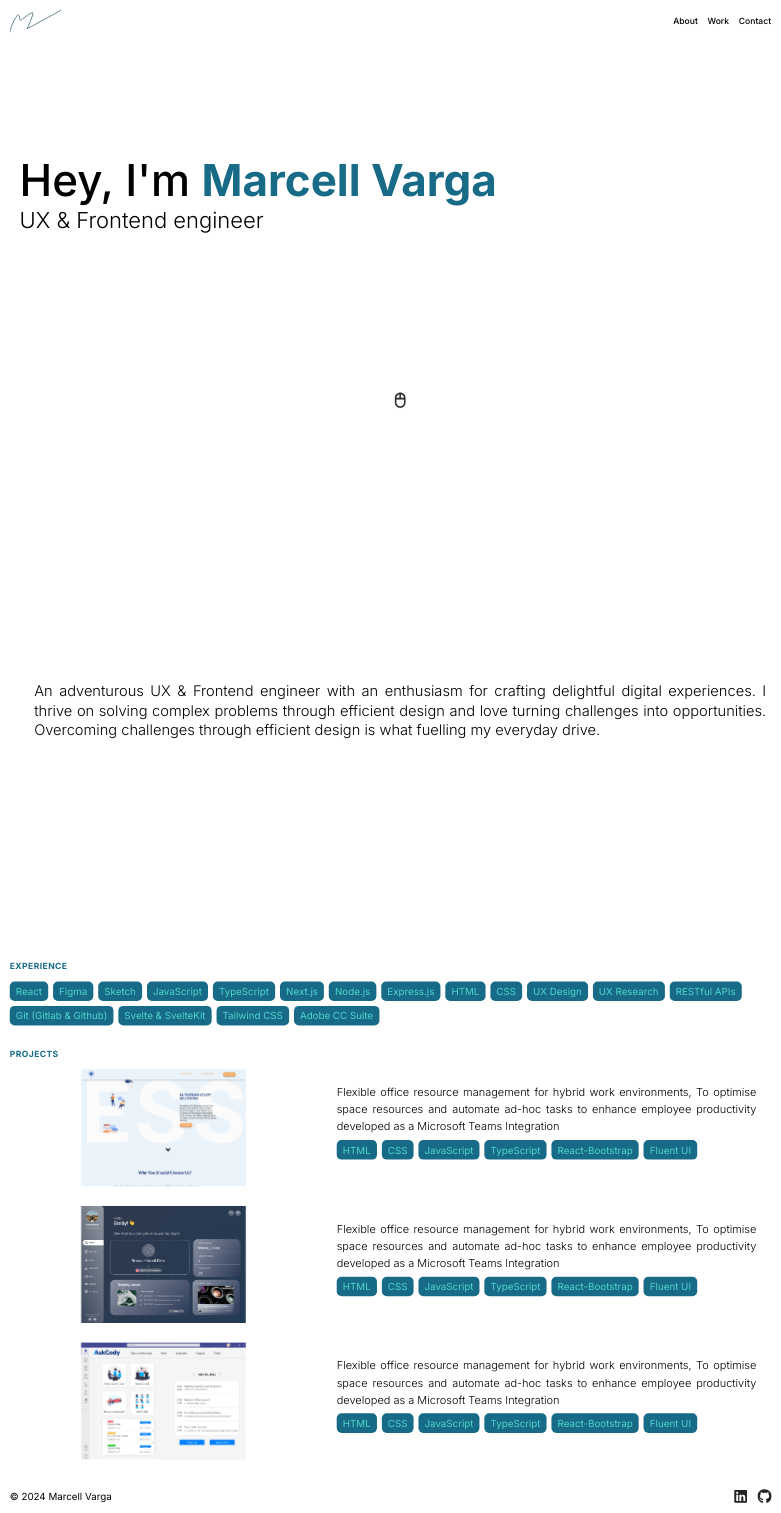
Repository: TheMarcellVarga/personal-portfolio-v.2
Page: /
These files come from the project's save history. The page is drawn as it stood at one moment and after the next save; the edit follows.
The browser window is 1280 px wide. The pictures show the whole page, at 61% of full size.
The project was rebuilt for these pictures with package versions that can differ from the ones it lists, and the page was loaded fresh each time. The framework's server and built-in components were replaced by stand-ins that run in the browser. Also part of the build but not shown: next.config.mjs.

Above is the page before, as saved 2024-04-25 01:11:08.

After the next save:
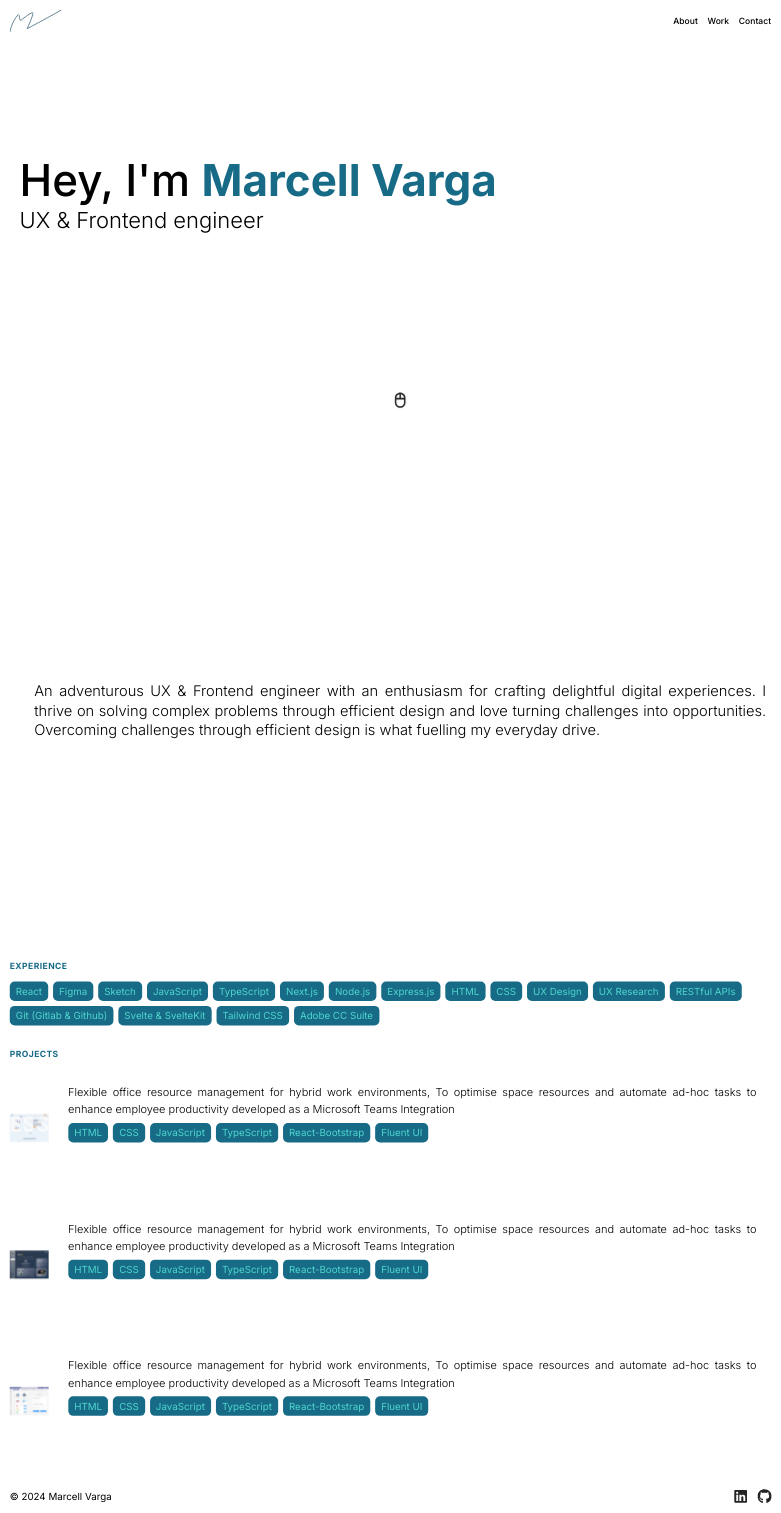
Saved 18 s later.
--- a/app/page.tsx
+++ b/app/page.tsx
@@ -239,7 +239,7 @@ export default function Page() {
           <div className="flex flex-col gap-8">
             {projects.map((project) => (
               <div key={project.title} className="flex gap-2">
-                <div className="w-full h-full relative rounded-lg overflow-hidden y-5">
+                <div className="w-24 h-full relative rounded-lg overflow-hidden y-5">
                   <div className="h-48">
                     <Image
                       src={project.image} // Use the image path from the project object
